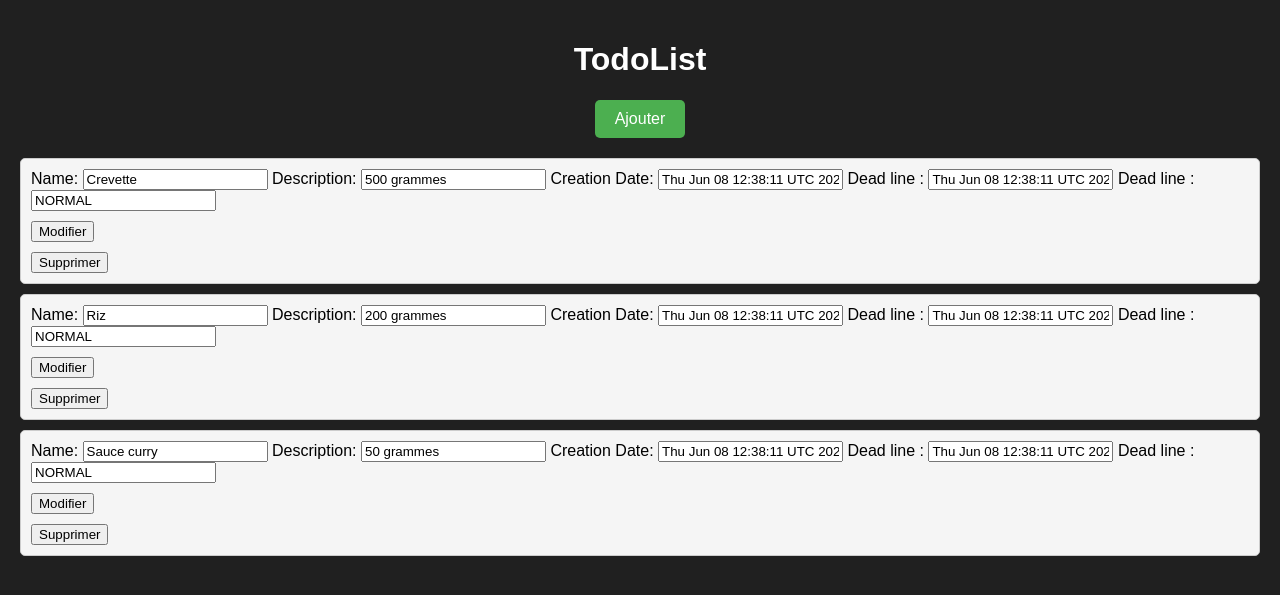
Repository: HugoGit-Hub/TodoList
Page: http://localhost/todo-list/TodoList
The author's editor kept a copy of each file at every save. The page is drawn from the files as they stood at one save, then again after a run of saves.
The browser window is 1280 px wide. The pictures show the whole page.
The page is served by Tomcat 9.

Above is the page before, as saved 2023-06-08 17:15:46.

After the next 2 saves:
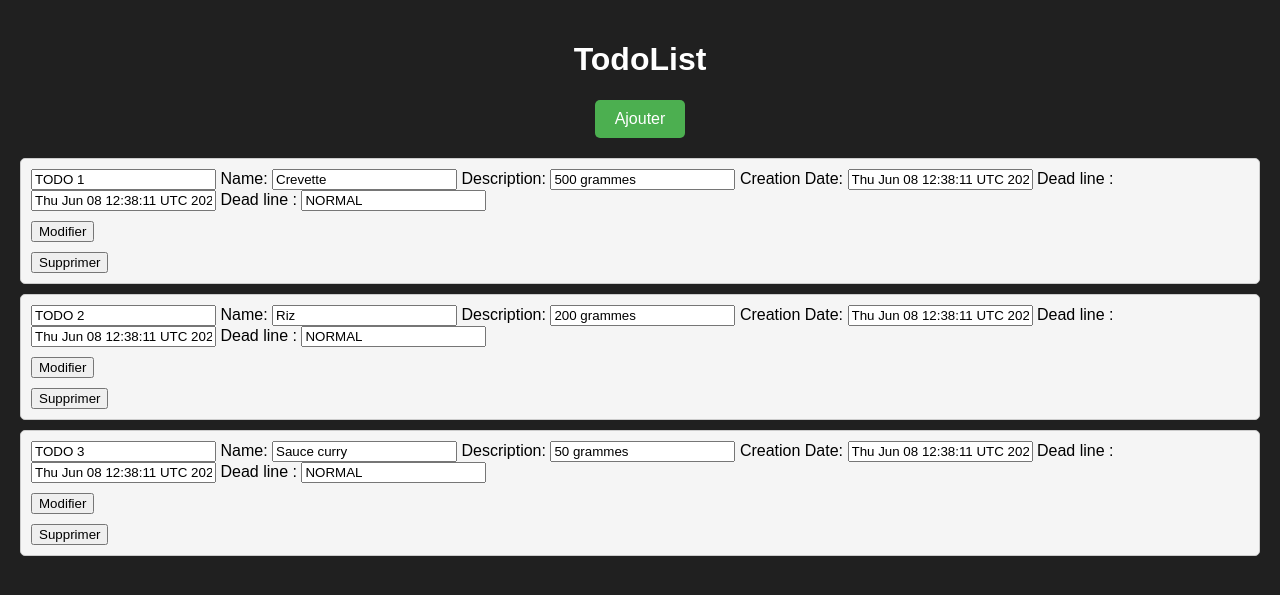
The 2 saves are shown as one change because they came seconds apart.
The last was saved 7 s later.
--- a/todo-list/src/main/webapp/jsp/todoList.jsp
+++ b/todo-list/src/main/webapp/jsp/todoList.jsp
@@ -25,7 +25,7 @@
 				<div class="todo-list">
     				<div class="todo-item">
 						<form method="post" action="http://localhost:8080/todo-list/TodoList">
-							<input type="text" id="id" name="id" value="TODO ${todo.getId()}" hidden="true">
+							<input type="text" id="id" name="id" value="TODO ${todo.getId()}">
 
 							<label for="name">Name:</label>
 							<input type="text" id="name" name="name" value="${todo.getName()}">

After the save that followed:
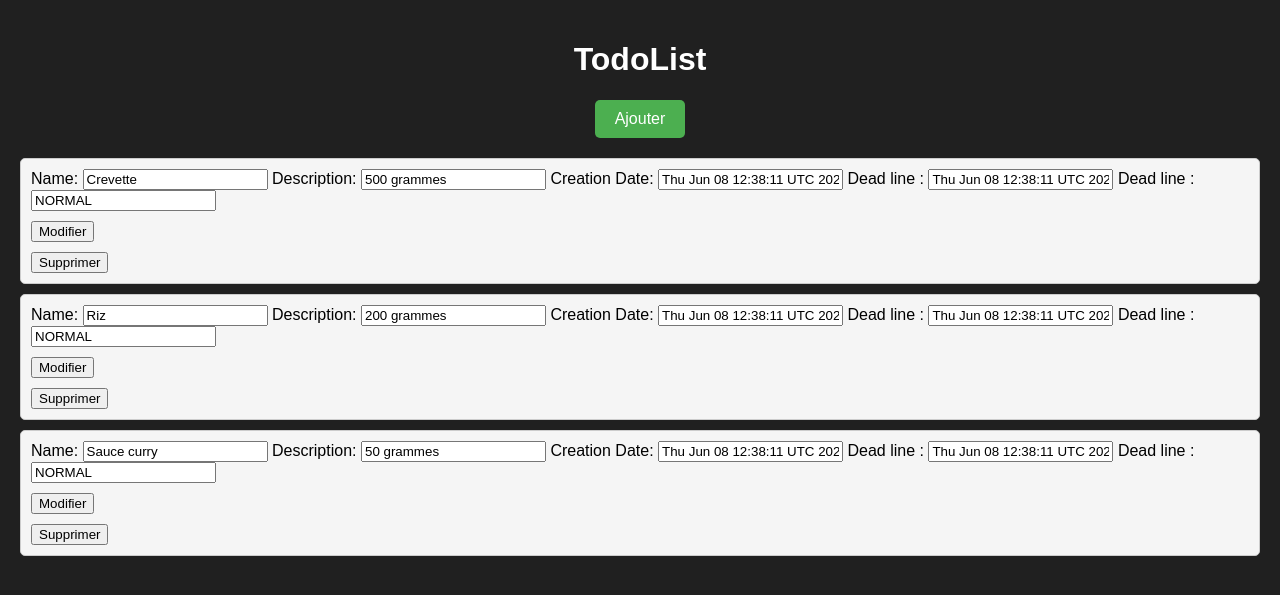
Saved 20 s later.
--- a/todo-list/src/main/webapp/jsp/todoList.jsp
+++ b/todo-list/src/main/webapp/jsp/todoList.jsp
@@ -25,7 +25,7 @@
 				<div class="todo-list">
     				<div class="todo-item">
 						<form method="post" action="http://localhost:8080/todo-list/TodoList">
-							<input type="text" id="id" name="id" value="TODO ${todo.getId()}">
+							<input type="text" id="id" name="id" value="${todo.getId()}" hidden="true">
 
 							<label for="name">Name:</label>
 							<input type="text" id="name" name="name" value="${todo.getName()}">
